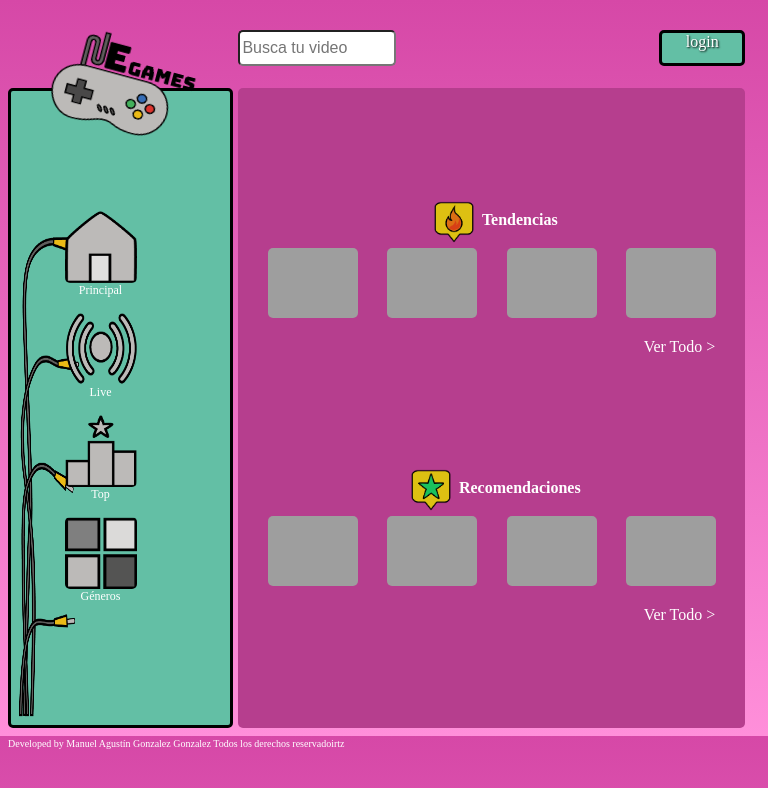
Repository: Meinuel/eGamesGonzalez
Page: index.html
These files come from the project's save history. The page is drawn as it stood at one moment and after the next save; the edit follows.
The browser window is 768 px wide. The pictures show the whole page.
Pictures or frames that could not be fetched are drawn as grey boxes. Some web fonts or font styles are not loaded; a fallback is used.

Above is the page before, as saved 2021-07-16 15:57:29.

After the next save:
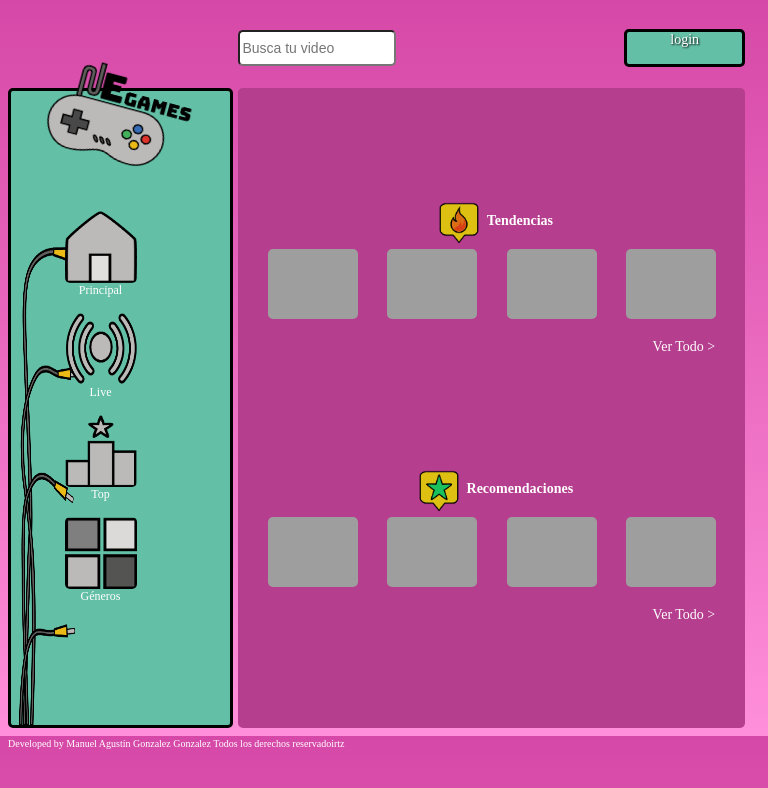
Saved 4 min 4 s later.
--- a/css/style.css
+++ b/css/style.css
@@ -320,7 +320,7 @@ fieldset div {
 
 @media (min-width:401px) and (max-width:800px) {
     * {
-        font-size: 16px;
+        font-size: 14px;
     }
     #grilla {
         grid-template-rows: 10 vh 80vh 0vh;
@@ -333,7 +333,7 @@ fieldset div {
         margin-left: 0px;
     }
     .contenedorNav__cables {
-        margin-top: 130px;
+        margin-top: 17.5vh;
         width: 9vh;
         height: 63vh;
     }
@@ -348,8 +348,8 @@ fieldset div {
         height: 30px;
     }
     .boton {
-        width: 80px;
-        height: 30px;
+        width: 15vw;
+        height: 4vh;
     }
     .icons {
         width: 9vh;
@@ -358,7 +358,7 @@ fieldset div {
     .logoIcon {
         width: 18vh;
         height: 13vh;
-        margin-top: 25px;
+        margin-top: 7vh;
     }
     .contenedor__card {
         flex-wrap: wrap;
